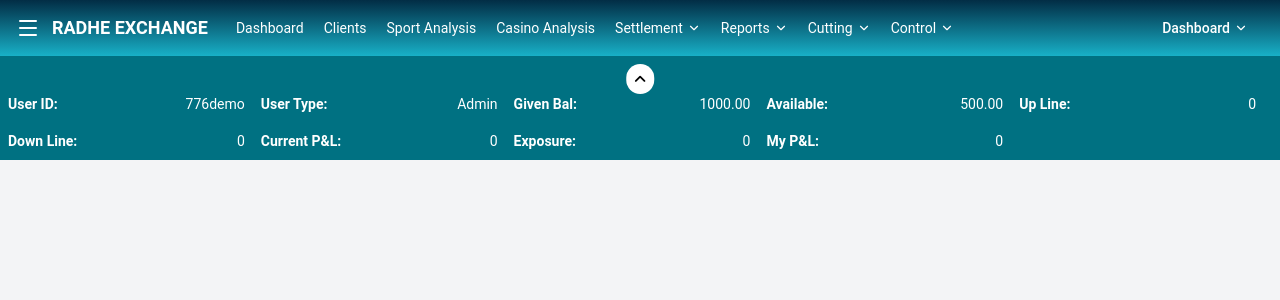
Repository: Habeebur1493/Radhe-Exchange
Page: /dashboard (app in frontend/), after clicking the first element matching `div.cursor-pointer`
An editor plug-in stored every save of this project. The page is shown before and after the next save, followed by the edit.
The browser window is 1280 px wide. The pictures show the whole page.
Some web libraries are served in a nearby version. The project was rebuilt for these pictures with package versions that can differ from the ones it lists, and the page was loaded fresh each time. Also part of the build but not shown: frontend/vite.config.js, frontend/src/components/login.jsx, frontend/src/components/Register.jsx.

Above is the page before, as saved 2025-03-04 11:07:06.

### frontend/index.html
<!doctype html>
<html lang="en">
  <head>
    <meta charset="UTF-8" />
    <meta name="viewport" content="width=device-width, initial-scale=1.0" />
    <link
    href="https://cdn.jsdelivr.net/npm/remixicon@4.5.0/fonts/remixicon.css"
    rel="stylesheet"
/>
<link rel="stylesheet" href="https://cdnjs.cloudflare.com/ajax/libs/font-awesome/6.7.2/css/all.min.css" integrity="sha512-Evv84Mr4kqVGRNSgIGL/F/aIDqQb7xQ2vcrdIwxfjThSH8CSR7PBEakCr51Ck+w+/U6swU2Im1vVX0SVk9ABhg==" crossorigin="anonymous" referrerpolicy="no-referrer" />
    <title>Radheexch | Admin</title>

  </head>
  <body>
    <div id="root"></div>
    <script type="module" src="/src/main.jsx"></script>
  </body>
</html>

### frontend/src/App.jsx
import React from "react";
import "./App.css";
import { Navigate, Routes, Route } from "react-router-dom";
import Login from "./components/login";
import Register from "./components/Register";
import Dashboard from "./components/dashboard";

const App = () => {
  return (
    <div>
      <Routes>
        <Route path="/" element={<Navigate to="/login" />} />
        <Route path="/login" element={<Login />} />
        <Route path="/register" element={<Register />} />
        <Route path="/dashboard" element={<Dashboard />} />
      </Routes>
    </div>
  );
};

export default App;

### frontend/src/App.css
@import "tailwindcss";

@import url('https://fonts.googleapis.com/css2?family=Roboto:ital,wght@0,100..900;1,100..900&display=swap');

:root {
    --primary-background: linear-gradient(#022d45, #18b0c7);
    --secondary-background: linear-gradient(#5dcbde, #075366);
    --tertiary-background: linear-gradient(#007182, #4ab4c7);
}

.main{
    background: var(--primary-background);
    font-family: "Roboto", sans-serif;
}

.btn{
    background: var(--secondary-background);
    font-family: "Roboto", sans-serif;
}

nav{
    background: var(--primary-background);
    font-family: "Roboto", sans-serif;
    font-size: 14px;
}
.dashboard{
    font-family: "Roboto", sans-serif;
    font-size: 14px;
}

.sidebar{
    background: var(--tertiary-background);
    font-family: "Roboto", sans-serif;
    font-size: 14px;
}

### frontend/src/components/dashboard.jsx
import React, { useState } from "react";
import { Menu, ChevronDown } from "lucide-react";

const Dashboard = () => {
  const [sidebarOpen, setSidebarOpen] = useState(false);
  const [isDropdownOpen, setIsDropdownOpen] = useState(false);
  const [isOpen, setIsOpen] = useState(false);


  return (
    <div className="dashboard min-h-screen bg-gray-100 overflow-x-hidden">
      {/* Navbar */}
      <nav className="bg-[--primary-background] text-white flex items-center h-14 px-4 shadow-md">
        {/* Left Section: Logo & Menu Button */}
        <div className="flex items-center space-x-3">
          <button
            onClick={() => setSidebarOpen(!sidebarOpen)}
            className="text-white"
          >
            <Menu size={24} />
          </button>
          <h1 className="text-lg font-bold">RADHE EXCHANGE</h1>
        </div>

        {/* Navbar Links (Now Closer to H1) */}
        <div className="ml-6 flex items-center">
          <ul className="hidden md:flex space-x-3">
            {["Dashboard", "Clients", "Sport Analysis", "Casino Analysis"].map(
              (item) => (
                <li key={item}>
                  <a
                    href="#"
                    className="h-14 flex items-center px-1 hover:bg-[#18b0c7] transition-all duration-200 ease-in-out"
                  >
                    {item}
                  </a>
                </li>
              )
            )}

            {/* Dropdown Menus */}
            {["Settlement"].map((item) => (
             <li key={item} className="relative group">
             <button className="h-14 flex items-center px-1 hover:bg-[#18b0c7] transition-all duration-200 ease-in-out">
               {item}
               <ChevronDown size={14} className="ml-1" />
             </button>

             {/* Dropdown - Show on Hover but only inside the navbar */}
             <div className="absolute left-0 mt-0 w-40 bg-[#16a2ba] text-white opacity-0 invisible group-hover:opacity-100 group-hover:visible transition-all duration-200 ease-in-out">
               <a href="#" className="block px-4 py-2 hover:bg-[#107a8d] border-b border-gray-500">
                 User
               </a>
               <a href="#" className="block px-4 py-2 hover:bg-[#107a8d]">
                 Master
               </a>
             </div>
           </li>
            ))}
            {/* Dropdown Menus */}
            {["Reports"].map((item) => (
              <li key={item} className="relative group">
                <button className="h-14 flex items-center px-1 hover:bg-[#18b0c7] transition-all duration-200 ease-in-out">
                  {item}
                  <ChevronDown size={14} className="ml-1" />
                </button>

                {/* Dropdown - Show on Hover */}
                <div className="absolute left-0 mt-0 w-40 bg-[#16a2ba] text-white opacity-0 invisible group-hover:opacity-100 group-hover:visible transition-all duration-200 ease-in-out">
                  <a
                    href="#"
                    className="block px-4 py-2 hover:bg-[#107a8d] border-b-1 border-gray-500"
                  >
                    User Detail
                  </a>
                  <a
                    href="#"
                    className="block px-4 py-2 hover:bg-[#107a8d] border-b-1 border-gray-500"
                  >
                    Account Satatement
                  </a>
                  <a
                    href="#"
                    className="block px-4 py-2 hover:bg-[#107a8d]  border-b-1 border-gray-500"
                  >
                    Settlement/Balance Report
                  </a>
                  <a
                    href="#"
                    className="block px-4 py-2 hover:bg-[#107a8d]  border-b-1 border-gray-500"
                  >
                    Transaction Report
                  </a>
                  <a
                    href="#"
                    className="block px-4 py-2 hover:bg-[#107a8d]  border-b-1 border-gray-500"
                  >
                    Current Bets
                  </a>
                  <a
                    href="#"
                    className="block px-4 py-2 hover:bg-[#107a8d]  border-b-1 border-gray-500"
                  >
                    Profit & Loss Report
                  </a>
                  <a
                    href="#"
                    className="block px-4 py-2 hover:bg-[#107a8d]  border-b-1 border-gray-500"
                  >
                    Event Profit & Loss Report
                  </a>
                  <a
                    href="#"
                    className="block px-4 py-2 hover:bg-[#107a8d]  border-b-1 border-gray-500"
                  >
                    Bet History
                  </a>
                  <a
                    href="#"
                    className="block px-4 py-2 hover:bg-[#107a8d]  border-b-1 border-gray-500"
                  >
                    Live Bets
                  </a>
                  <a
                    href="#"
                    className="block px-4 py-2 hover:bg-[#107a8d] border-b-1 border-gray-500"
                  >
                    Sports Revenue
                  </a>
                  <a
                    href="#"
                    className="block px-4 py-2 hover:bg-opacity-50  border-b-1 border-gray-500"
                  >
                    IP lookup
                  </a>
                </div>
              </li>
            ))}
            {/* Dropdown Menus */}
            {["Cutting"].map((item) => (
              <li key={item} className="relative group">
                <button className="h-14 flex items-center px-1 hover:bg-[#18b0c7] transition-all duration-200 ease-in-out">
                  {item}
                  <ChevronDown size={14} className="ml-1" />
                </button>

                {/* Dropdown - Show on Hover */}
                <div className="absolute left-0 mt-0 w-40 bg-[#16a2ba] text-white opacity-0 invisible group-hover:opacity-100 group-hover:visible transition-all duration-200 ease-in-out">
                  <a
                    href="#"
                    className="block px-4 py-2 hover:bg-[#107a8d]  border-b-1 border-gray-500"
                  >
                    Agent Master
                  </a>
                  <a href="#" className="block px-4 py-2 hover:bg-[#107a8d]">
                    Cutting History
                  </a>
                </div>
              </li>
            ))}
            {/* Dropdown Menus */}
            {["Control"].map((item) => (
              <li key={item} className="relative group">
                <button className="h-14 flex items-center px-1 hover:bg-[#18b0c7] transition-all duration-200 ease-in-out">
                  {item}
                  <ChevronDown size={14} className="ml-1" />
                </button>

                {/* Dropdown - Show on Hover */}
                <div className="absolute left-0 mt-0 w-40 bg-[#16a2ba] text-white opacity-0 invisible group-hover:opacity-100 group-hover:visible transition-all duration-200 ease-in-out">
                  <a
                    href="#"
                    className="block px-4 py-2 hover:bg-[#107a8d]  border-b-1 border-gray-500"
                  >
                    Game
                  </a>
                  <a href="#" className="block px-4 py-2 hover:bg-[#107a8d]">
                    Casino
                  </a>
                </div>
              </li>
            ))}
          </ul>
        </div>

        {/* Move Dashboard Dropdown to the Right */}
        <div className="ml-auto">
          <ul className="hidden md:flex text-sm font-medium">
            <li className="relative">
              <button
                onClick={() => setIsDropdownOpen(!isDropdownOpen)}
                className="flex items-center space-x-1 focus:outline-none px-4 h-14"
              >
                <span>Dashboard</span>
                <ChevronDown size={14} />
              </button>

              {/* Dropdown Menu - Shows on Click */}
              {isDropdownOpen && (
                <div className="absolute h-20 right-5 w-40 bg-white text-gray-800 shadow-md rounded-md">
                  <a href="#" className="block px-4 py-2 hover:bg-gray-200">
                    Change Password
                  </a>
                  <a href="#" className="block px-4 py-2 hover:bg-gray-200">
                    Log Out
                  </a>
                </div>
              )}
            </li>
          </ul>
        </div>
      </nav>

      {/* Header */}
      <header className="bg-[#007182] p-2  ">
      {/* Dropdown Toggle */}
      <div
        className="cursor-pointer flex items-center justify-center"
        onClick={() => setIsOpen(!isOpen)}
      >
       <i className={`fa-solid fa-angle-down bg-white text-black font-bold rounded-full p-2 transition-transform ${isOpen ? "rotate-180" : ""}`}></i>


      </div>

      {/* Dropdown Content */}
      {isOpen && (
        <div className="bg-[#007182]  transition-all duration-300">
          <div className="grid grid-cols-5 gap-4 mr-4 text-white">
            {[
              { label: "User ID", value: "776demo" },
              { label: "User Type", value: "Admin" },
              { label: "Given Bal", value: "1000.00" },
              { label: "Available", value: "500.00" },
              { label: "Up Line", value: "0" },
              { label: "Down Line", value: "0" },
              { label: "Current P&L", value: "0" },
              { label: "Exposure", value: "0" },
              { label: "My P&L", value: "0" },
            ].map((item, index) => (
              <div key={index} className="flex items-center justify-between">
                <label className="font-semibold">{item.label}:</label>
                <span className="ml-2">{item.value}</span>
              </div>
            ))}
          </div>
        </div>
      )}
    </header>

      {/* Sidebar */}
      {sidebarOpen && (
        <div className="sidebar bg-[--tertiary-background] shadow-lg w-60 h-full absolute top-[56px] left-0 p-2">
          <ul className="space-y-2 text-gray-800">
            {[
              "Dashboard",
              "Clients",
              "Sport Analysis",
              "Casino Analysis",
              "Settlement",
              "Reports",
              "Cutting",
              "Control",
            ].map((item) => (
              <li key={item}>
                <a
                  href="#"
                  className="block hover:bg-gray-200 p-2 rounded transition-all duration-200 ease-in-out"
                >
                  {item}
                </a>
              </li>
            ))}
          </ul>
        </div>
      )}
    </div>
  );
};

export default Dashboard;

Loaded but not shown: frontend/src/main.jsx (common file)

After the next save:
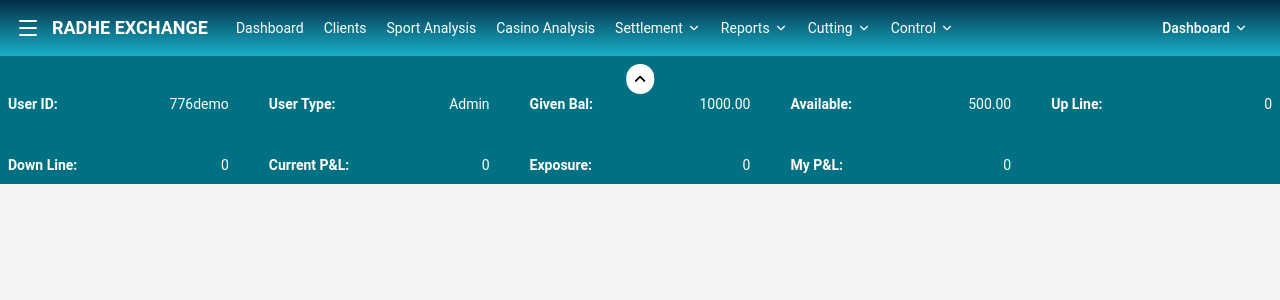
Saved 49 s later.
--- a/frontend/src/components/dashboard.jsx
+++ b/frontend/src/components/dashboard.jsx
@@ -226,7 +226,7 @@ const Dashboard = () => {
       {/* Dropdown Content */}
       {isOpen && (
         <div className="bg-[#007182]  transition-all duration-300">
-          <div className="grid grid-cols-5 gap-4 mr-4 text-white">
+          <div className="grid grid-cols-5 gap-10 text-white">
             {[
               { label: "User ID", value: "776demo" },
               { label: "User Type", value: "Admin" },
